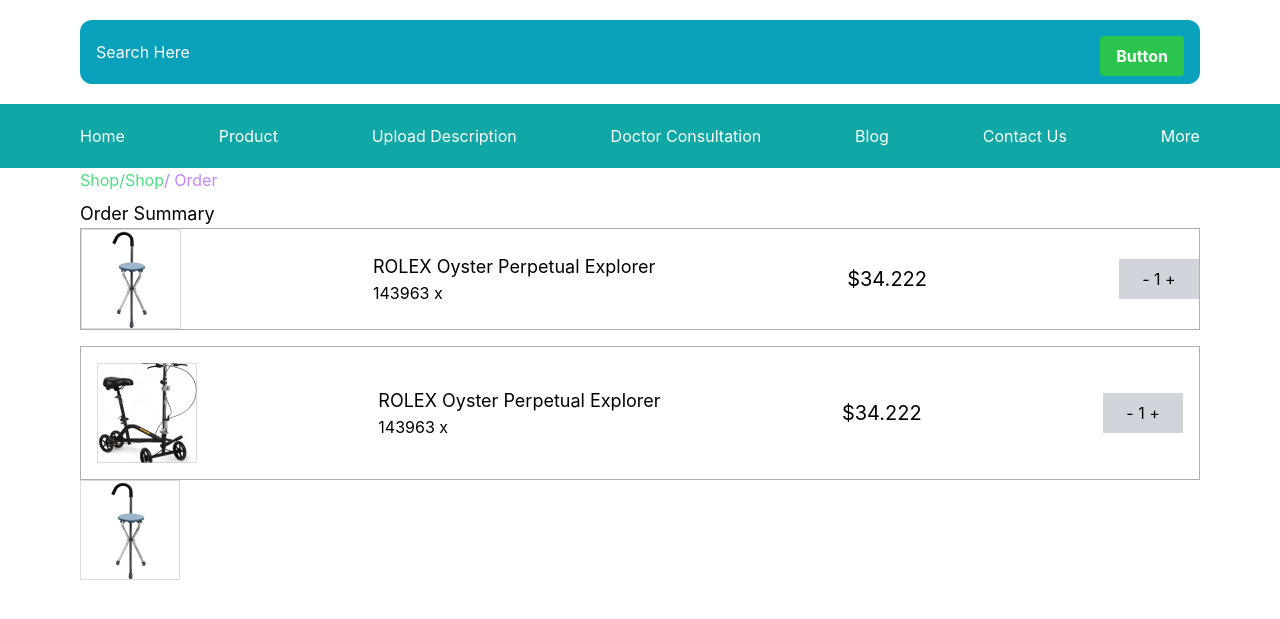
Repository: arafatmollah/pharma
Page: /
The author's editor kept a copy of each file at every save. The page is drawn from the files as they stood at one save, then again after the next save.
The browser window is 1280 px wide. The pictures show the whole page.
The project was rebuilt for these pictures with package versions that can differ from the ones it lists, and the page was loaded fresh each time.

Above is the page before, as saved 2023-03-12 21:46:55.

After the next save:
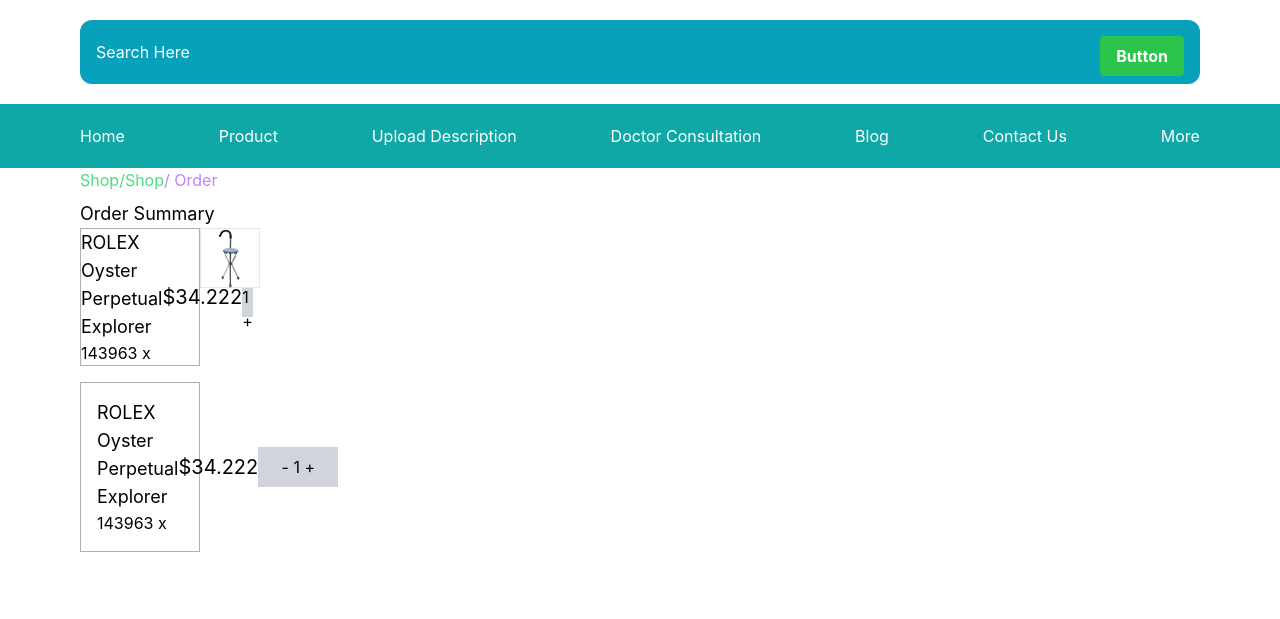
Saved 72 s later.
--- a/src/App.css
+++ b/src/App.css
@@ -21,5 +21,5 @@
 }
 .list{
   display: grid;
-  grid-template-columns: 400px, 300px;
+  grid-template-columns: 120px 60px;
 }
